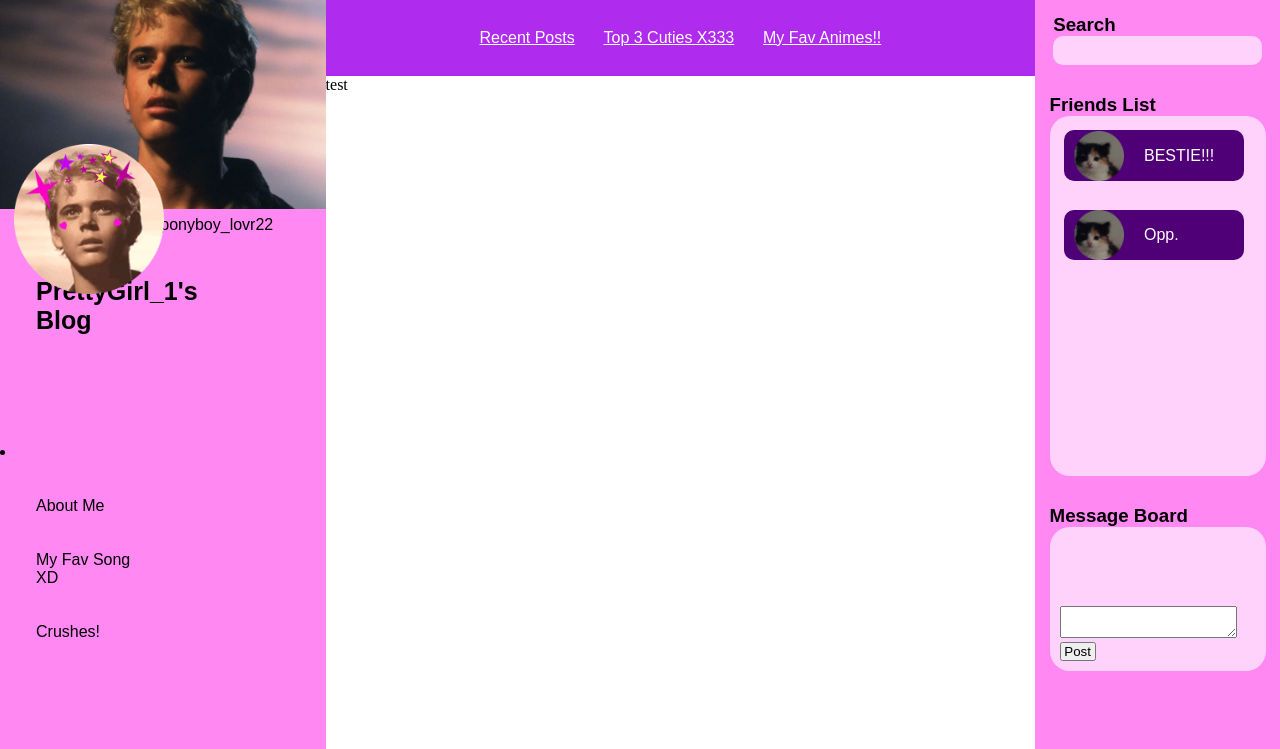
Repository: Jennica1/Frontend-Final
Page: index.html
An editor plug-in stored every save of this project. The page is shown before and after the next save, followed by the edit.
The browser window is 1280 px wide. The pictures show the whole page.

Above is the page before, as saved 2024-05-23 12:08:16.

### index.html
<!DOCTYPE html>
<html lang="en">

<head>
  <title>My Blog!!</title>
  <meta charset="UTF-8">
  <meta name="viewport" content="width=device-width, initial-scale=1">
  <link rel="stylesheet" href="style.css">
</head>

<body>
  <div class="content">

    <div class="flexbox">

      <div class="sidebar-wrapper">

        <!--Side Nav Left-->
        <div class="sidebar-left">
          <img src="images/ponyboy.png" class="profile" width="150px" />
          <img src="images/background-image.jpg" alt="background image" class="background-photo" />
          <p class="username">@ponyboy_lovr22</p>
          <p class="nickname">PrettyGirl_1's Blog</p>
          <li class="sidebar-list">
            <ul class="item">About Me</ul>
            <ul class="item">My Fav Song XD</ul>
            <ul class="item">Crushes!</ul>
          </li>
        </div>
      </div>



      <div class="centre-content"> <!-- PUT ALL MAIN CONTENT BELOW THE HEADER -->
        <!-- Header -->
        <header class="header">
          <li class="content-list">
            <ul><a class="link" href="index.html">Recent Posts</a></ul>
            <ul><a class="link" href="topThree.html">Top 3 Cuties X333</a></ul>
            <ul><a class="link" href="anime.html">My Fav Animes!!</a></ul>
          </li>
        </header>

        <!-- main content -->
        <div class="main-content">
          <p>test</p>
        </div>
      </div>

      <!-- Pagination
    <div class="">
      <div class="">
        <a href="#" class="">«</a>
        <a href="#" class="">1</a>
        <a href="#" class="">2</a>
        <a href="#" class="">3</a>
        <a href="#" class="">4</a>
        <a href="#" class="">»</a>
      </div>
    -->
      <!--Side Nav Right-->
      <div class="sidebar-right">
        <form>
          <h3>Search</h3>
          <input type="text" class="search-bar">
        </form>
        <div class="friends-list">
          <h3>Friends List</h3>
          <div class="friends-container">
            <div class="friend">
              <img src="images/friend-pfp.png" width="50px" style="margin-left: 10px; margin-right: 20px;" />
              <p style="color: white;">BESTIE!!!</p>
            </div>
            <div class="friend">
              <img src="images/friend-pfp.png" width="50px" style="margin-left: 10px; margin-right: 20px;" />
              <p style="color: white;">Opp.</p>
            </div>
          </div>
        </div>
        <div class="message-board">
          <h3>Message Board</h3>
          <div id="message-board-container" class="message-board-container">
            <div class="message-board-content">
              <textarea name="" id="new-comment" class="text-box"></textarea>
              <br>
              <button id="btn-post" class="button-post">Post</button>
              <script src="script.js"></script>
            </div>

          </div>
        </div>
      </div>
    </div>


  </div>
  </div>
</body>

</html>

### style.css
* {
  margin: 0;
  padding: 0;
}

.content {
  display: flex;
  flex-direction: column;
}

.flexbox {
  display: flex;
  flex-direction: row;
  justify-content: space-between;
  gap: 0;
}

.sidebar-wrapper {
  display: flex;
  justify-content: center;
  height: auto;

}

.sidebar-left {
  display: flex;
  flex-direction: column;
  position: relative;
  background-color: #FF88F3;
  z-index: 0;
  padding-right: 9.1rem;
  width: 25vh;
  font-family: Arial;
}

.profile {
  z-index: 1;
  position: absolute;
  margin-top: 20vh;
  margin-left: 2vh;
}

.background-photo {
  position: absolute;
  top: 0;
  left: 0;
  width: 100%;
  height: 29vh;
  object-fit: cover;

}

.background-container {
  width: 100%;
}

.username {
  margin-top: 30vh;
  margin-left: 20vh;
}

.nickname {
  font-size: 25px;
  margin-top: 6vh;
  margin-left: 5vh;
  width: 100%;
  font-weight: BOLD;
}

.sidebar-list {
  margin-top: 15vh;
}

.item {
  margin: 5vh;
}

.content-list {
  display: flex;
  margin: 4vh;
}

.link {
  color: white;
  margin: 2vh;
}


.sidebar-right {
  background-color: #FF88F3;
  z-index: 0;
  width: 30vh;
  display: flex;
  flex-direction: column;
  align-items: center;
  padding: 2vh;
  font-family: Arial;
  height: 100vh;
}

.search-bar {
  width: 29vh;
  height: 4vh;
  border-radius: 10px;
  border: transparent;
  background-color: #FFD2FB;
}
.friends-list {
  height: auto;
  margin-top: 4vh;
}

.friends-container {
  width: 30vh;
  height: 50vh;
  background-color: #FFD2FB;
  border-radius: 20px;
  display: flex;
  justify-content: center;
  flex-direction: column;
  justify-content:start;
}


.friend {
  width: 25vh;
  height: 7vh;
  border-radius: 10px;
  background-color: #500076;
  margin: 2vh;
  display: flex;
  align-items: center;
}

.message-board-container {
  width: 30vh;
  height: 20vh;
  background-color: #FFD2FB;
  border-radius: 20px;
  display: flex;
  flex-direction: column-reverse;
  overflow-y: auto;
}

.message-board-content {
  margin: 10px;

}

.message-board {
  margin-top: 4vh;
}

.message {
  width: 25vh;
  margin: 1vh;
  align-items: left;
  display: flex;
  flex-direction: column;
  background-color: purple;
}

.text-box {
width: fit-content;
}

.button-post {
width: 5vh;
right: 0;
}

.header {
  background-color: #AF2BEE;
  color: #ffffff;
  display: flex;
  justify-content: center;
  font-family: Arial;
}

.centre-content {
  width: 100%;
  display: flex;
  flex-direction: column;
}

.main-content {

}

### script.js
document.getElementById("btn-post").addEventListener("click", function () {
  // Get the new comment text
  const newComment = document.getElementById("new-comment").value;

  // Create a new container for the comment
  const commentContainer = document.createElement("div");
  commentContainer.classList.add("message"); // Add the 'message' class
  const commentElement = document.createElement("p");
  commentElement.innerText = newComment;

  // Append the comment text to the new container
  commentContainer.appendChild(commentElement);

  // Append the new container to the message board container
  const messageBoardContainer = document.getElementById("message-board-container");
  messageBoardContainer.appendChild(commentContainer);

  // Clear the input field
  document.getElementById("new-comment").value = "";
});

After the next save:
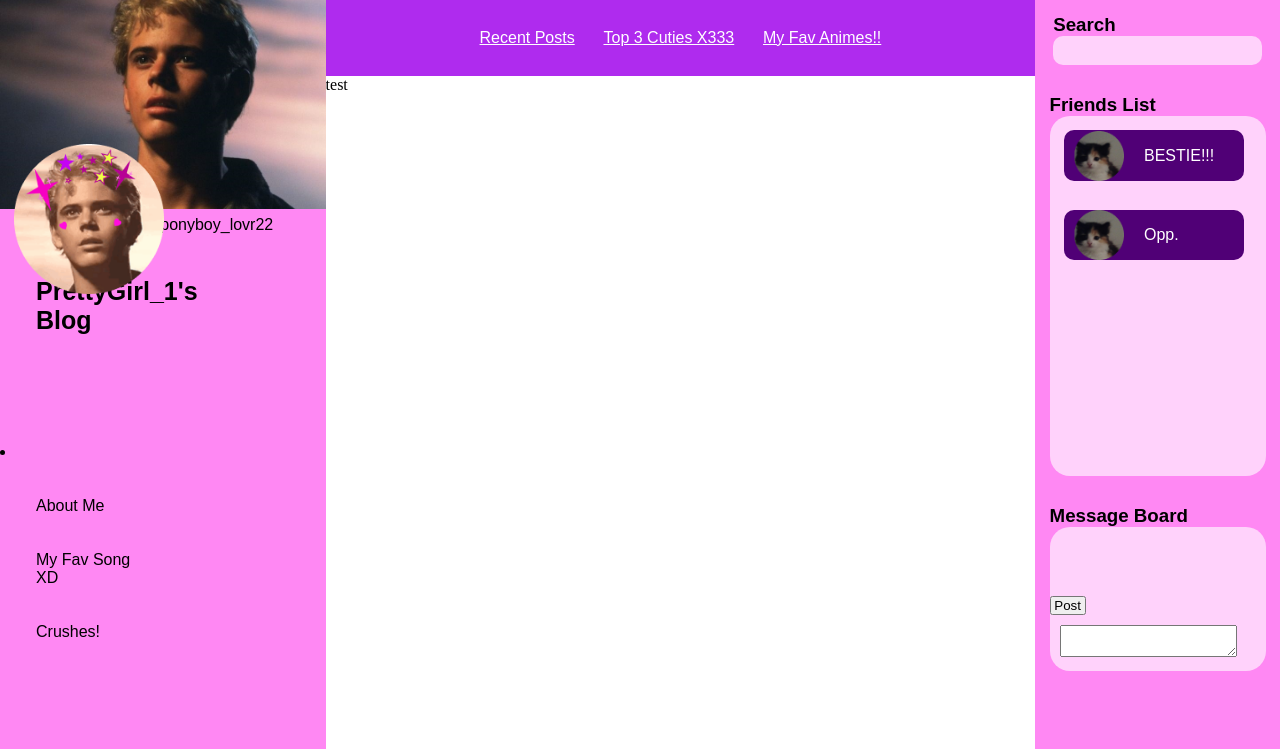
Saved 49 s later.
--- a/index.html
+++ b/index.html
@@ -82,11 +82,11 @@
           <div id="message-board-container" class="message-board-container">
             <div class="message-board-content">
               <textarea name="" id="new-comment" class="text-box"></textarea>
-              <br>
+            </div>
+            <div>
               <button id="btn-post" class="button-post">Post</button>
               <script src="script.js"></script>
             </div>
-
           </div>
         </div>
       </div>
